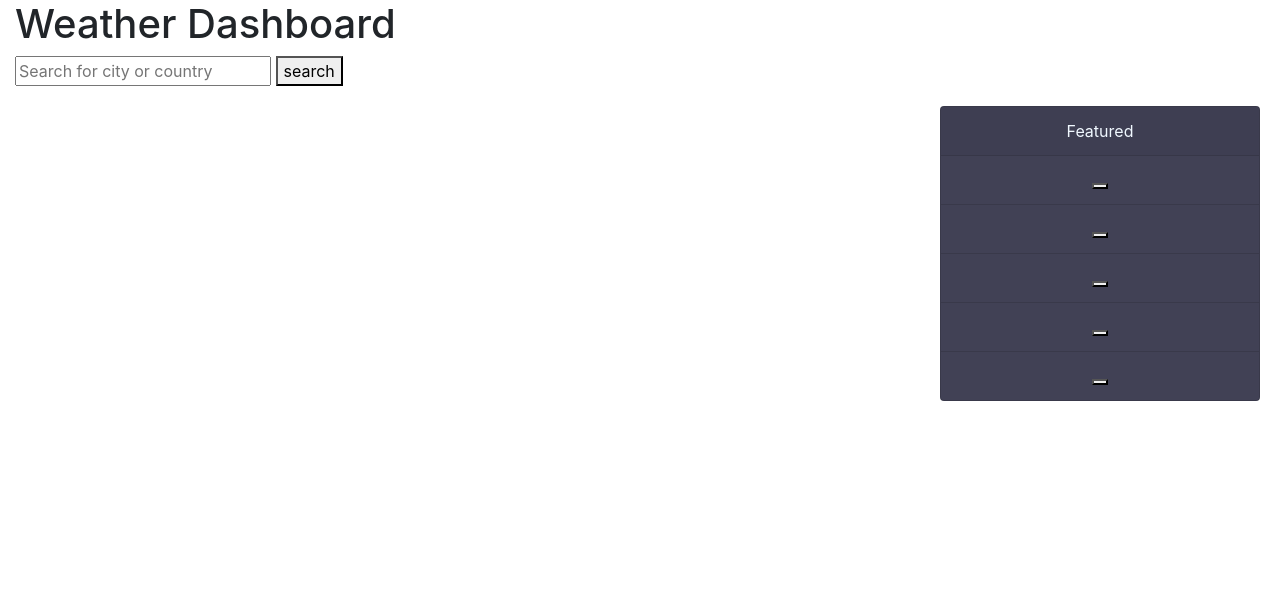
Repository: cobalt88/weather-forecast-app
Page: index.html
These files come from the project's save history. The page is drawn as it stood at one moment and after the next save; the edit follows.
The browser window is 1280 px wide. The pictures show the whole page.
The page's requests for data from a server got no answer. Some web libraries are served in a nearby version.

Above is the page before, as saved 2022-05-23 07:52:17.

### index.html
<!DOCTYPE html>
<html lang="en">
  <head>
    <meta charset="UTF-8" />
    <meta http-equiv="X-UA-Compatible" content="IE=edge" />
    <meta name="viewport" content="width=device-width, initial-scale=1.0" />
    <link
      rel="stylesheet"
      href="https://stackpath.bootstrapcdn.com/bootstrap/4.3.1/css/bootstrap.min.css"
    />
    <link
      rel="stylesheet"
      href="https://use.fontawesome.com/releases/v5.8.1/css/all.css"
      integrity="sha384-50oBUHEmvpQ+1lW4y57PTFmhCaXp0ML5d60M1M7uH2+nqUivzIebhndOJK28anvf"
      crossorigin="anonymous"
    />
    <link
      href="https://fonts.googleapis.com/css?family=Open+Sans&display=swap"
      rel="stylesheet"
    />

    <link href="./assets/style.css" rel="stylesheet" />
    <title>Weather</title>
  </head>

  <body>
    <header>
      <h1 class="center col-12">Weather Dashboard</h1>
    </header>
    <div class="col-xl-4 col-lg-4 col-md-4 col-sm-4 col-4">
      <input
        type="text"
        id="searchInput"
        placeholder="Search for city or country"
      />
      <button type="button" id="search-button">search</button>
    </div>
    <div id="current-day" class="cardContainer">
      <div class="card history-card" id="history">
        <div class="card-header">
          Featured
        </div>
        <ul class="list-group list-group-flush">
          <li class="list-group-item"><button type="button" class="list-button" id="city-one"> </button></li>
          <li class="list-group-item"><button type="button" class="list-button" id="city-two"> </button></li>
          <li class="list-group-item"><button type="button" class="list-button" id="city-three"> </button></li>
          <li class="list-group-item"><button type="button" class="list-button" id="city-four"> </button></li>
          <li class="list-group-item"><button type="button" class="list-button" id="city-five"> </button></li>
        </ul>
        </div>

    </div>
    <div id="5-day-container" class="cardContainer">
    </div>
    <script src="https://code.jquery.com/jquery-3.4.1.min.js"></script>
    <script src="https://cdnjs.cloudflare.com/ajax/libs/moment.js/2.20.1/moment.min.js"></script>
    <script src="./assets/logic_2.js"></script>
  </body>
</html>

### assets/style.css
.card {
  display: flex;
  background-color: rgb(65, 65, 85);
  color: aliceblue;
  margin: 20px;
}

.history-card {
  display: flex;
  justify-content: flex-start;
  width: 25%;
  text-align: center;
}

.list-group-item {
  background-color: rgb(65, 65, 85);
}

#today {
  display: flex;
  width: 60%;
  max-height: 500px;
  align-self: flex-end;
}

img {
  max-height: 100px;
  max-width: 100px;
}

.cardContainer {
  display: flex;
  flex-direction: row;
  justify-content: flex-end;
  flex-wrap: wrap;
}

.cityList {
  display: flex;
  flex-direction: row;
  width: 25%;
  max-width: 500px;
}

.uvMin{
  color: green;
}

.uvModerate {
  color: rgb(254, 254, 68);
}

.uvHigh {
  color: orange;
}

.uvSevere {
  color: red;
}

.uvExtreme {
  color: violet
}

### assets/logic_2.js

const apiKey = '486a30fe2a4040f404391459060015ad';
var displayArr = [];
var geoArr = [];
var oneCallDataArr = [];
var searchInput = localStorage.getItem('lastSearch');
var lat = '';
var lon = '';
var forecastContainer = document.getElementById('5-day-container');
var currentDay = document.getElementById('current-day');
const history = document.getElementById('history');
const historyArr = ['Orlando', 'New York', 'Denver', 'Dallas', 'Anchorage'];

function geoLocate() {
  var requestLocationUrl = `https://api.openweathermap.org/geo/1.0/direct?q=${searchInput}&limit=1&appid=${apiKey}`
  fetch(requestLocationUrl)
  .then(function(response){
    return response.json();
  })
  .then(function(currentLocation) {
    let tempArr = [];
    tempArr.push(currentLocation);
    geoArr = tempArr;
    let lat2 = geoArr[0][0].lat;
    lat = lat2;
    let lon2 = geoArr[0][0].lon;
    lon = lon2;
  })
.then(function(){
    oneCall();
  });
};

function oneCall() {
  let oneCallApi = `https://api.openweathermap.org/data/2.5/onecall?lat=${lat}&lon=${lon}&exclude=minutely&appid=${apiKey}`
  fetch(oneCallApi)
  .then(function(response){
    return response.json();
  })
  .then(function(allData) {
    let tempArr = [];
    tempArr.push(allData)
    oneCallDataArr = tempArr;
    forecastDisplayHandler();
  })
  .then(function(){
    // console.log(oneCallDataArr)
  })
};

  function kelvinToImperial (x) {
    Math.round((x - 273.15) * 1.8 + 32);
  }



const forecastDisplayHandler = async() => {
  forecastContainer.innerHTML = '';
  var now = moment().format('dddd MMMM do YYYY, h:mm a');
  var currentCity = geoArr[0][0].name;
  //note to self, add function to convert current time to unix time with moments and compare to values in this object to get current temp
  let tempKd = oneCallDataArr[0].daily[0].temp.day;
  let tempKmax = oneCallDataArr[0].daily[0].temp.max;
  let tempKmin = oneCallDataArr[0].daily[0].temp.min;
  let tempKe = oneCallDataArr[0].daily[0].temp.eve;

  let tempFd = Math.round((tempKd - 273.15) * 1.8 + 32);
  let tempFmin = Math.round((tempKmin - 273.15) * 1.8 + 32);
  let tempFmax = Math.round((tempKmax - 273.15) * 1.8 + 32);
  let tempFe = Math.round((tempKe - 273.15) * 1.8 + 32);

  let windSpeed = oneCallDataArr[0].daily[0].wind_speed;
  let windGust = oneCallDataArr[0].daily[0].wind_gust;
  let windDir = oneCallDataArr[0].daily[0].wind_deg;
  let humidity = oneCallDataArr[0].daily[0].humidity;
  let uvIndex = oneCallDataArr[0].daily[0].uvi;
  let icon = oneCallDataArr[0].daily[0].weather[0].icon;
  let uvStyle = (uvIndex < 2) ? 'uvMin' : (uvIndex < 5) ? 'uvModerate' : (uvIndex < 7) ? 'uvHigh' : (uvIndex < 10) ? 'uvSevere' : 'uvExtreme';


  let iconSrc = `https://openweathermap.org/img/wn/${icon}@2x.png`

   currentDay.innerHTML =
  `
    <div class="card" id="today">
    <h2 id="city">${currentCity}</h2>
    <h4 id="date">${now}</h4>
    <img src="${iconSrc}" alt="Weather Icon">
    <p id="weather-${i}></p>
    <p id="temp-${i}">Day Temp: ${tempFd}</p>
    <p id="temp-${i}">Evening Temp: ${tempFe}</p>
    <p id="temp-${i}">Max Temp: ${tempFmax}</p>
    <p id="temp-${i}">Min Temp: ${tempFmin}</p>
    <p id="wind-${i}">Average Wind Speed: ${windSpeed}</p>
    <p id="wind-${i}">Wind Gust: ${windGust}</p>
    <p id="humidity-${i}">Relative Humidity: ${humidity}%</p>
    <p id="uv-index${i}" class="${uvStyle}">UV Index: ${uvIndex}</p>
    </div>`;



for (var i = 1; i < 6; i++) {

  let unixTime = oneCallDataArr[0].daily[i].dt;
  let dateString = moment.unix(unixTime).format("MM/DD/YYYY");

  let tempKd = oneCallDataArr[0].daily[i].temp.day;
  let tempKe = oneCallDataArr[0].daily[i].temp.eve;
  let tempKmax = oneCallDataArr[0].daily[i].temp.max;
  let tempKmin = oneCallDataArr[0].daily[i].temp.min;

  let tempFd = Math.round((tempKd - 273.15) * 1.8 + 32);
  // let tempFd = kelvinToImperial(tempKd);
  let tempFe = Math.round((tempKe - 273.15) * 1.8 + 32);
  let tempFmin = Math.round((tempKmin - 273.15) * 1.8 + 32);
  let tempFmax = Math.round((tempKmax - 273.15) * 1.8 + 32);

  let humidity = oneCallDataArr[0].daily[i].humidity;
  let uvIndex = oneCallDataArr[0].daily[i].uvi;
  let icon = oneCallDataArr[0].daily[i].weather[0].icon;
  let uvStyle = (uvIndex < 2) ? 'uvMin' : (uvIndex < 5) ? 'uvModerate' : (uvIndex < 7) ? 'uvHigh' : (uvIndex < 10) ? 'uvSevere' : 'uvExtreme';


  let iconSrc = `https://openweathermap.org/img/wn/${icon}@2x.png`

  forecastContainer.innerHTML +=
      `
      <div id="day ${i}" class="card col-2">
        <h2 id="date" class="card-title">${dateString}</h2>
          <img src="${iconSrc}" class="card-img-top" alt="Weather Icon"/>
            <p id="weather-${i}></p>
            <p id="temp-${i}">Max Temp: ${tempFmin}</p>
            <p id="temp-${i}">Min Temp: ${tempFmax}</p>
            <p id="humidity-${i}">Relative Humidity: ${humidity}%</p>
            <p id="uv-index${i}" class="${uvStyle}">UV Index: ${uvIndex}</p>
      </div>
    `
};
}



const storage = () => {
  storedStuff = localStorage.getItem(city);
  history.push(storedStuff);
}

function displayHistory() {
for(var i = 0; i < searchHistoryArr.length; i++) {

  if (i < 5) {
    var text = searchHistoryArr[i];

    historyContainer.innerHTML +=
      `<li>${text}</li>`
    }
  }
}

$("#search-button").on("click", function () {
  searchInput = $(this).siblings("#searchInput").val();
  localStorage.setItem('city', searchInput);
  geoLocate();
  storage();
});

$(".list-button").on("click", function(){
  let test = $(this)
  console.log(test);
});



$(document).ready(function(){

  $('#city-one').text = `${historyArr[0]}`;
  $('#city-two').text = `${historyArr[1]}`;
  $('#city-three').text = `${historyArr[2]}`;
  $('#city-four').text = `${historyArr[3]}`;
  $('#city-five').text = `${historyArr[4]}`;
  searchInput = 'Orlando';
  geoLocate();

console.log(historyArr[0])
  // loadStorage()
  // displayHistory()
} );

After the next save:
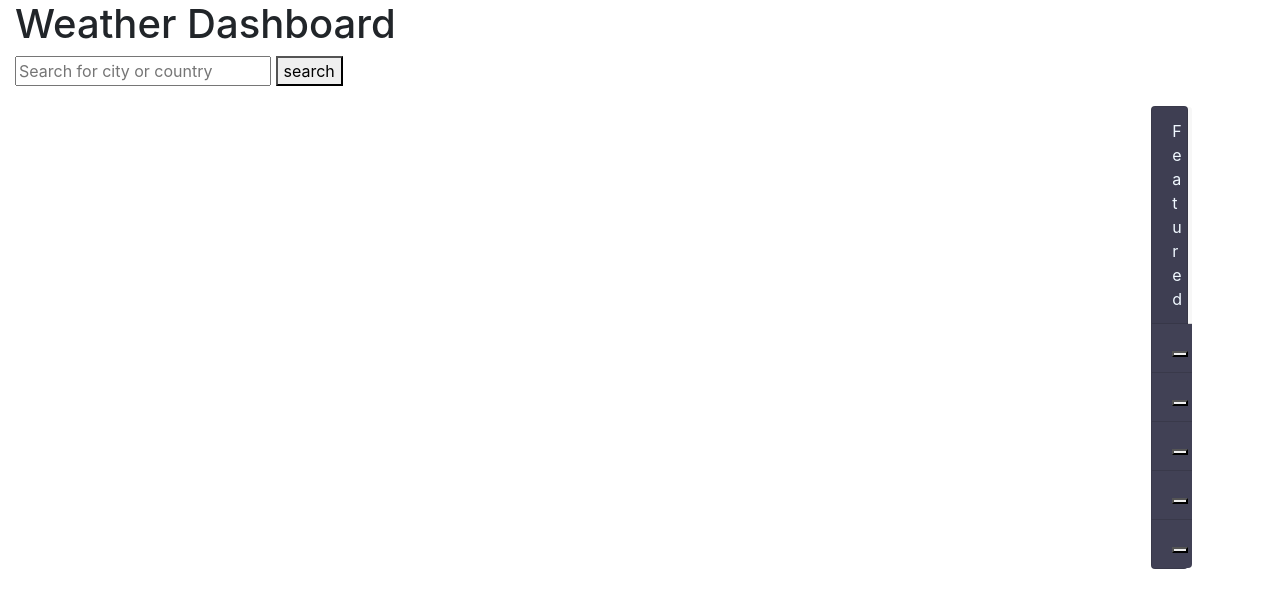
Saved 4 min 23 s later.
--- a/index.html
+++ b/index.html
@@ -35,19 +35,23 @@
       />
       <button type="button" id="search-button">search</button>
     </div>
-    <div id="current-day" class="cardContainer">
-      <div class="card history-card" id="history">
-        <div class="card-header">
-          Featured
+    <div id="main-container" class="cardContainer">
+      <div id="current-day">
+      </div>
+      <div id="history">
+        <div class="card history-card" id="history">
+          <div class="card-header">
+            Featured
+          </div>
+            <ul class="list-group list-group-flush">
+              <li class="list-group-item"><button type="button" class="list-button" id="city-one"> </button></li>
+              <li class="list-group-item"><button type="button" class="list-button" id="city-two"> </button></li>
+              <li class="list-group-item"><button type="button" class="list-button" id="city-three"> </button></li>
+              <li class="list-group-item"><button type="button" class="list-button" id="city-four"> </button></li>
+              <li class="list-group-item"><button type="button" class="list-button" id="city-five"> </button></li>
+          </ul>
         </div>
-        <ul class="list-group list-group-flush">
-          <li class="list-group-item"><button type="button" class="list-button" id="city-one"> </button></li>
-          <li class="list-group-item"><button type="button" class="list-button" id="city-two"> </button></li>
-          <li class="list-group-item"><button type="button" class="list-button" id="city-three"> </button></li>
-          <li class="list-group-item"><button type="button" class="list-button" id="city-four"> </button></li>
-          <li class="list-group-item"><button type="button" class="list-button" id="city-five"> </button></li>
-        </ul>
-        </div>
+      </div>
 
     </div>
     <div id="5-day-container" class="cardContainer">
